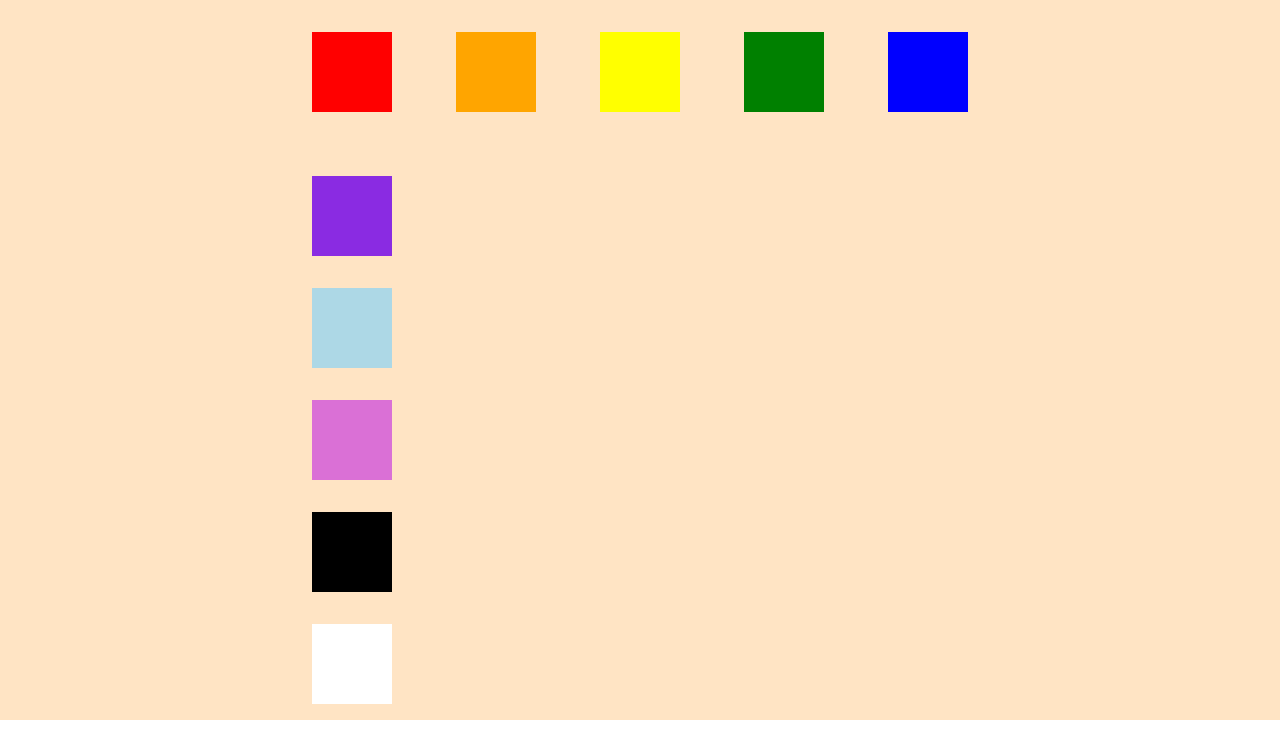
Repository: aipacheco/propuesta-ejercicio-css
Page: index.html
An editor plug-in stored every save of this project. The page is shown before and after the next save, followed by the edit.
The browser window is 1280 px wide. The pictures show the whole page.

Above is the page before, as saved 2024-01-25 17:00:13.

After the next save:
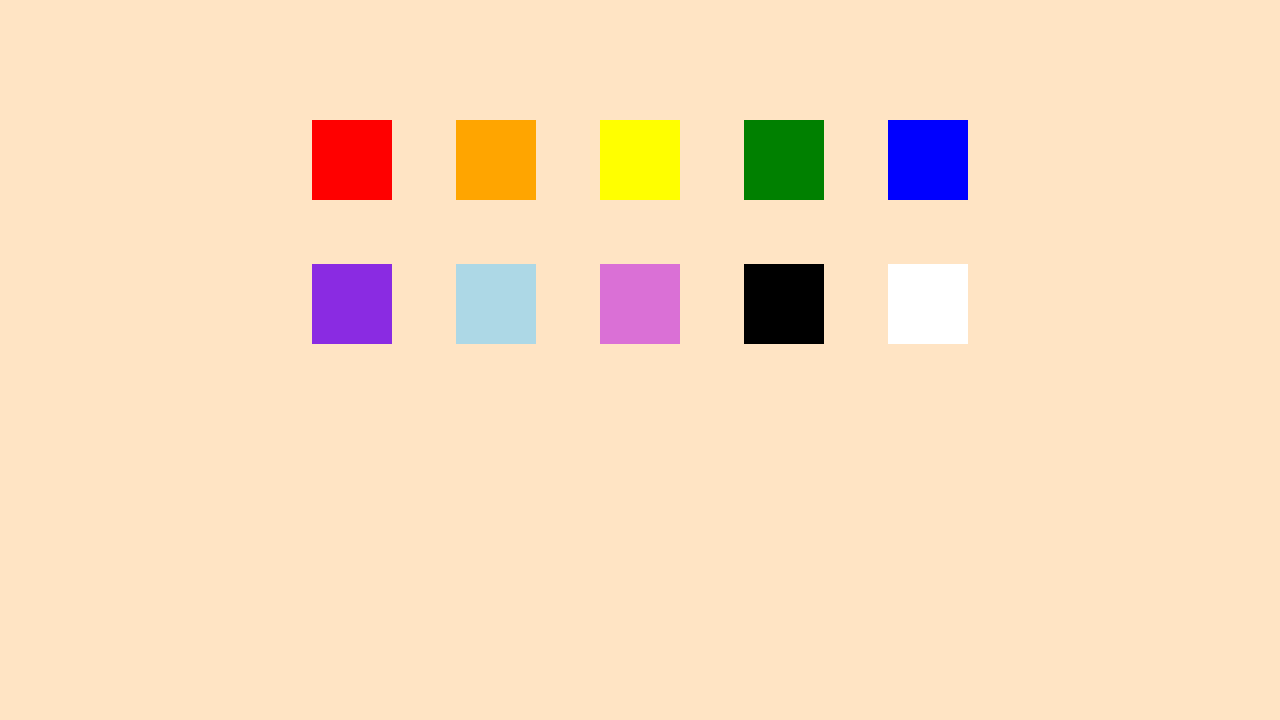
Saved 9 s later.
--- a/index.html
+++ b/index.html
@@ -8,19 +8,21 @@
   </head>
   <body>
     <div id="main">
-      <div class="fila">
-        <div class="box a"></div>
-        <div class="box b"></div>
-        <div class="box c"></div>
-        <div class="box d"></div>
-        <div class="box e"></div>
-      </div>
-      <div class="fila2">
-        <div class="box f"></div>
-        <div class="box g"></div>
-        <div class="box h"></div>
-        <div class="box i"></div>
-        <div class="box j"></div>
+      <div class="container">
+        <div class="fila">
+          <div class="box a"></div>
+          <div class="box b"></div>
+          <div class="box c"></div>
+          <div class="box d"></div>
+          <div class="box e"></div>
+        </div>
+        <div class="fila">
+          <div class="box f"></div>
+          <div class="box g"></div>
+          <div class="box h"></div>
+          <div class="box i"></div>
+          <div class="box j"></div>
+        </div>
       </div>
     </div>
   </body>
